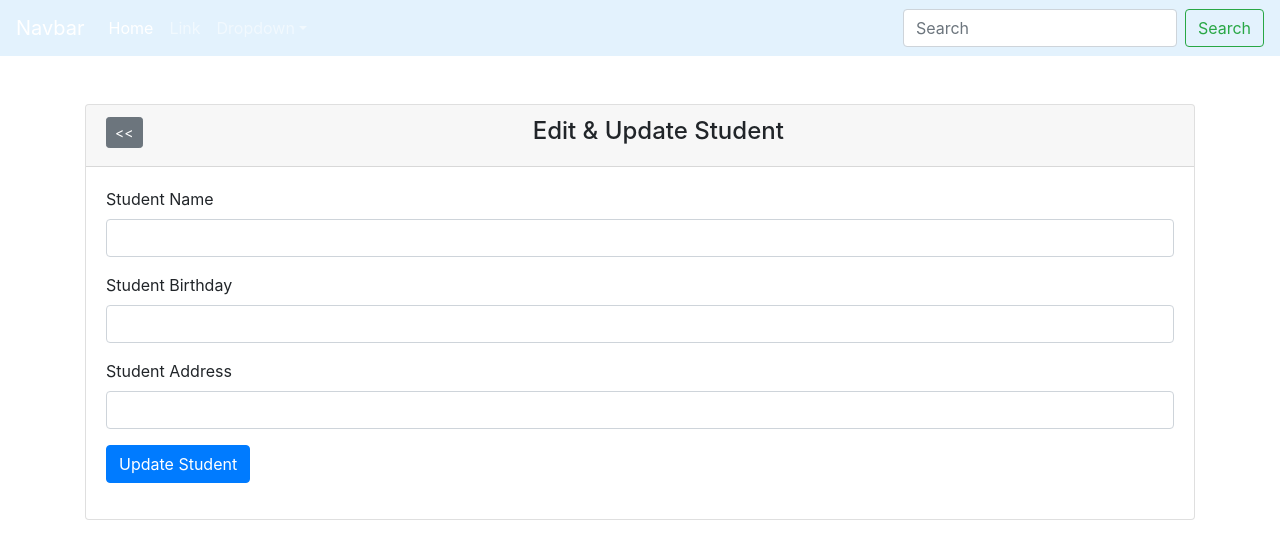
Repository: HungRau/TLU3675-php-laravel
Page: resources/views/student_edit.blade.php
These files come from the project's save history. The page is drawn as it stood at one moment and after the next save; the edit follows.
The browser window is 1280 px wide. The pictures show the whole page.
The page is served by the project's Laravel application, run on PHP 8.4 with Laravel 9. The template is opened directly, without the code that normally fills it, so the values that code supplies are empty.

Above is the page before, as saved 2022-10-15 18:55:44.

After the next save:
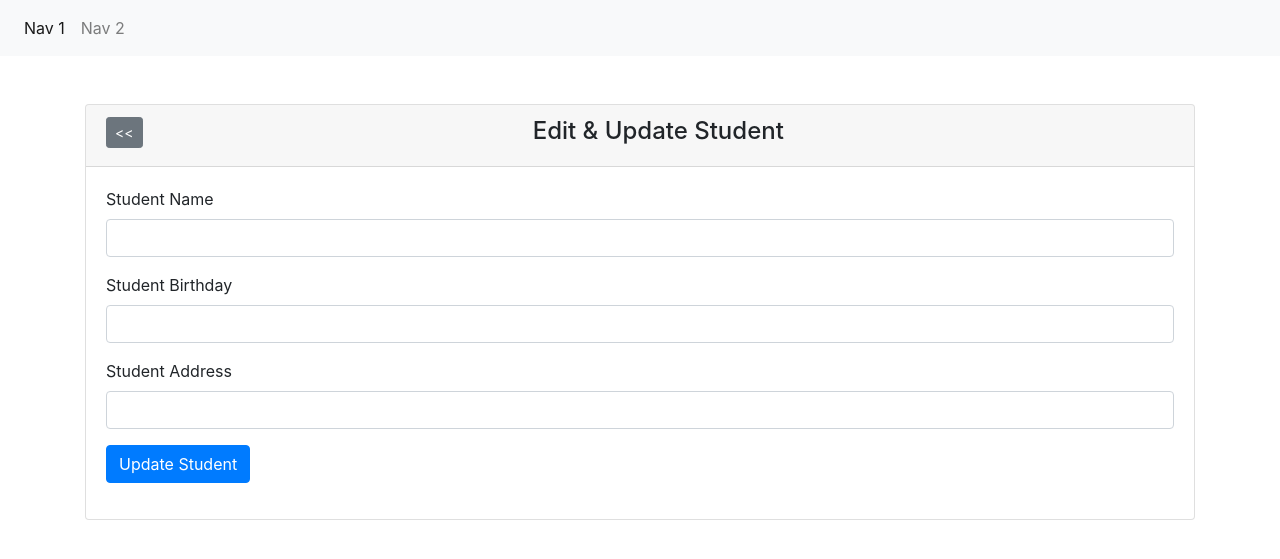
Saved 12 s later.
--- a/resources/views/student_edit.blade.php
+++ b/resources/views/student_edit.blade.php
@@ -10,31 +10,15 @@
     <link rel="stylesheet" href="https://stackpath.bootstrapcdn.com/bootstrap/4.3.1/css/bootstrap.min.css" integrity="sha384-ggOyR0iXCbMQv3Xipma34MD+dH/1fQ784/j6cY/iJTQUOhcWr7x9JvoRxT2MZw1T" crossorigin="anonymous">
   </head>
   <body>
-    <nav class="navbar navbar-expand-sm navbar-dark" style="background-color: #e3f2fd;">
-        <a class="navbar-brand" href="#">Navbar</a>
-        <button class="navbar-toggler d-lg-none" type="button" data-toggle="collapse" data-target="#collapsibleNavId" aria-controls="collapsibleNavId"
-            aria-expanded="false" aria-label="Toggle navigation"></button>
-        <div class="collapse navbar-collapse" id="collapsibleNavId">
-            <ul class="navbar-nav mr-auto mt-2 mt-lg-0">
-                <li class="nav-item active">
-                    <a class="nav-link" href="#">Home <span class="sr-only">(current)</span></a>
-                </li>
-                <li class="nav-item">
-                    <a class="nav-link" href="#">Link</a>
-                </li>
-                <li class="nav-item dropdown">
-                    <a class="nav-link dropdown-toggle" href="#" id="dropdownId" data-toggle="dropdown" aria-haspopup="true" aria-expanded="false">Dropdown</a>
-                    <div class="dropdown-menu" aria-labelledby="dropdownId">
-                        <a class="dropdown-item" href="#">Action 1</a>
-                        <a class="dropdown-item" href="#">Action 2</a>
-                    </div>
-                </li>
-            </ul>
-            <form class="form-inline my-2 my-lg-0">
-                <input class="form-control mr-sm-2" type="text" placeholder="Search">
-                <button class="btn btn-outline-success my-2 my-sm-0" type="submit">Search</button>
-            </form>
-        </div>
+    <nav class="navbar navbar-expand navbar-light bg-light">
+        <ul class="nav navbar-nav">
+            <li class="nav-item active">
+                <a class="nav-link" href="#">Nav 1 <span class="sr-only">(current)</span></a>
+            </li>
+            <li class="nav-item">
+                <a class="nav-link" href="#">Nav 2</a>
+            </li>
+        </ul>
     </nav>
     <div class="container">
       <div class="row">
